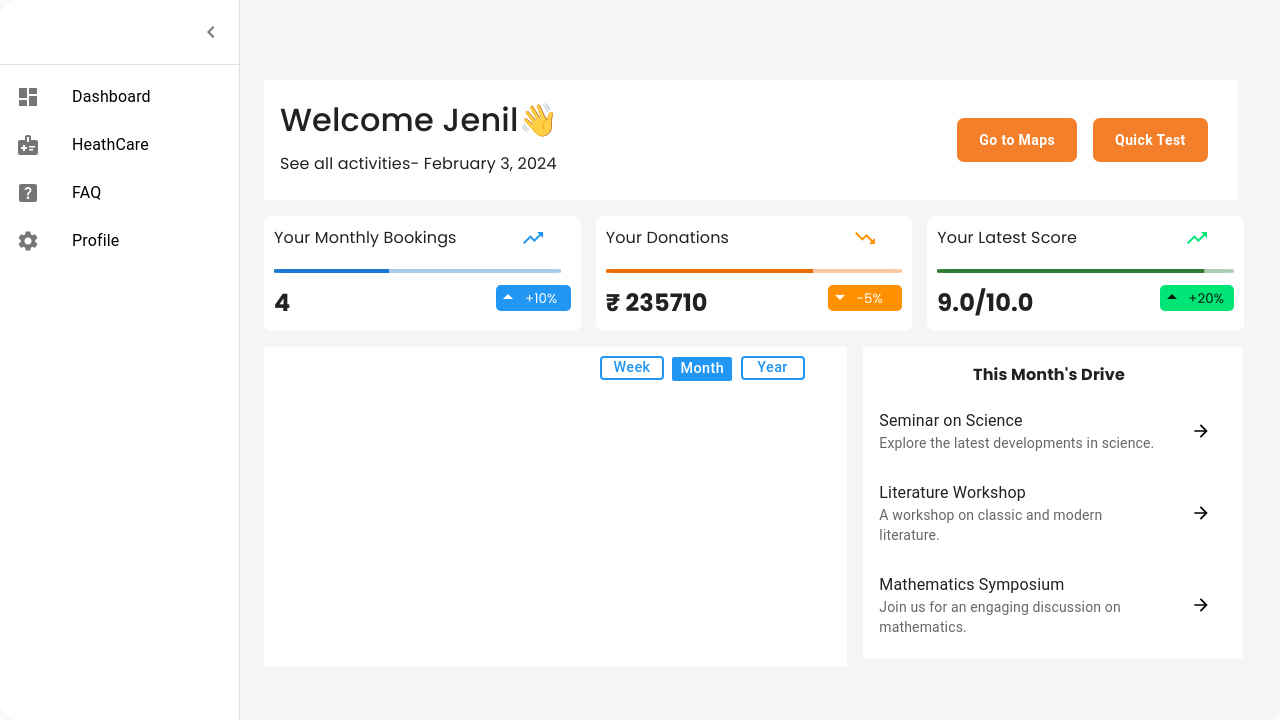
Repository: shubhampirate/Google_Solutions_Edural
Page: /dashboard
These files come from the project's save history. The page is drawn as it stood at one moment and after the next save; the edit follows.
The browser window is 1280 px wide. The pictures show the whole page.
The page's requests for data from a server got no answer. The project was rebuilt for these pictures with package versions that can differ from the ones it lists, and the page was loaded fresh each time. Some packages were replaced by stand-ins written for this rebuild. No one was signed in, and anything a server would have sent is missing. Also part of the build but not shown: src/Components/Navbar.jsx, src/Components/Footer.jsx, src/Components/CongratsCard.jsx, src/pages/Hero/Hero.jsx, src/pages/Sign_in.jsx.

Above is the page before, as saved 2024-02-03 18:19:21.

### src/index.js
import React from "react";
import ReactDOM from "react-dom/client";
import "./index.css";
import { GoogleOAuthProvider } from '@react-oauth/google';
import App from "./App";
import { BrowserRouter } from "react-router-dom";
const root = ReactDOM.createRoot(
    document.getElementById("root"));
root.render(
    <BrowserRouter>
<GoogleOAuthProvider clientId="730379698185-cv7a59sok9sod43v04ee6g6pt4gtaea2.apps.googleusercontent.com">
        {/* <React.StrictMode> */}
            <App />
        {/* </React.StrictMode> */}
    </GoogleOAuthProvider>
    </BrowserRouter>

);

### src/App.jsx
import Hero from "./pages/Hero/Hero";
import Dashboard from "./pages/Dashboard/Dashboard";
import SignIn from "./pages/Sign_in";
import {useState} from "react";
import { Route, Routes } from "react-router-dom";
function App() {
  return (
    <>
      {/* <Hero />   */}
      {/* <SignIn /> */}
      <Routes>
        <Route path="/signin" element={<><SignIn /></>} />
        <Route path="/dashboard" element={<><Dashboard /></>} />
        {/* <Route path="/education" element={<><Education /></>} /> */}
        {/* <Route path="/health" element={<><Health /></>} /> */}
        {/* <Route path="/profile" element={<><Profile /></>} /> */}
        {/* <Route path="/finance" element={<><Finance /></>} /> */}
        {/* <Route path="/questions" element={<><Questions /></>} /> */}
        {/* <Route path="/retireaibot" element={<><Bot /></>} /> */}
        <Route path="/" element={<><Hero /></>} />
      </Routes>
         </>
  );
}

export default App;

### src/pages/Dashboard/Dashboard.jsx
    import * as React from 'react';
    import { styled, createTheme, ThemeProvider } from '@mui/material/styles';
    import CssBaseline from '@mui/material/CssBaseline';
    import MuiDrawer from '@mui/material/Drawer';
    import Box from '@mui/material/Box';
    import MuiAppBar from '@mui/material/AppBar';
    import Toolbar from '@mui/material/Toolbar';
    import {
    LinearProgress, ListItem, CircularProgress, Checkbox, ListItemText, Dialog, DialogActions, DialogContent,
    DialogContentText, DialogTitle, ListItemIcon, ListItemButton
    } from '@mui/material';
    import TrendingUpIcon from '@mui/icons-material/TrendingUp';
    // import { PieChart } from '@mui/x-charts/PieChart';
    // import { useDrawingArea } from '@mui/x-charts/hooks';
    import TrendingDownIcon from '@mui/icons-material/TrendingDown';
    import List from '@mui/material/List';
    import Divider from '@mui/material/Divider';
    import IconButton from '@mui/material/IconButton';
    import ArrowDropUpIcon from '@mui/icons-material/ArrowDropUp';
    import ArrowDropDownIcon from '@mui/icons-material/ArrowDropDown';
    import Grid from '@mui/material/Grid';
    import MenuIcon from '@mui/icons-material/Menu';
    import ChevronLeftIcon from '@mui/icons-material/ChevronLeft';
    import { mainListItems } from '../../Components/listItems';
    import axios from 'axios';
    import Button from '@mui/material/Button';
    import CommentIcon from '@mui/icons-material/Comment';
    import Swal from 'sweetalert2';
    import { useState } from 'react';
    import { useEffect } from 'react';
    import CustomButton from "../../Components/CustomButton";
    import ArrowForwardIcon from '@mui/icons-material/ArrowForward';
    // import { Bar } from "react-chartjs-2";
    // import { BarElement, CategoryScale, Chart as ChartJS, Legend, LinearScale, Title, Tooltip } from "chart.js";
    // import GoogleTranslateComponent from '../../Components/GoogleTranslateComponent';
    // import csacc from "../../media/csacc.png"
    // import creditscoremodel from "../../media/creditscoremodel.png"
    // import creditflow from "../../media/creditflowchart.png"
    // ChartJS.register(CategoryScale, LinearScale, BarElement, Title, Tooltip, Legend);

    const drawerWidth = 240;

    const AppBar = styled(MuiAppBar, {
    shouldForwardProp: (prop) => prop !== 'open',
    })(({ theme, open }) => ({
    zIndex: theme.zIndex.drawer + 1,
    transition: theme.transitions.create(['width', 'margin'], {
        easing: theme.transitions.easing.sharp,
        duration: theme.transitions.duration.leavingScreen,
    }),
    ...(open && {
        marginLeft: drawerWidth,
        width: `calc(100% - ${drawerWidth}px)`,
        transition: theme.transitions.create(['width', 'margin'], {
        easing: theme.transitions.easing.sharp,
        duration: theme.transitions.duration.enteringScreen,
        }),
    }),
    }));

    const Drawer = styled(MuiDrawer, { shouldForwardProp: (prop) => prop !== 'open' })(
    ({ theme, open }) => ({
        '& .MuiDrawer-paper': {
        position: 'relative',
        whiteSpace: 'nowrap',
        width: drawerWidth,
        transition: theme.transitions.create('width', {
            easing: theme.transitions.easing.sharp,
            duration: theme.transitions.duration.enteringScreen,
        }),
        boxSizing: 'border-box',
        ...(!open && {
            overflowX: 'hidden',
            transition: theme.transitions.create('width', {
            easing: theme.transitions.easing.sharp,
            duration: theme.transitions.duration.leavingScreen,
            }),
            width: theme.spacing(7),
            [theme.breakpoints.up('sm')]: {
            width: theme.spacing(9),
            },
        }),
        },
    }),
    );
    const educationEvents = [
        { id: 1, name: 'Seminar on Science', description: 'Explore the latest developments in science.' },
        { id: 2, name: 'Literature Workshop', description: 'A workshop on classic and modern literature.' },
        { id: 3, name: 'Mathematics Symposium', description: 'Join us for an engaging discussion on mathematics.' },
      ];
    var currentDate = new Date();

    var months = [
    "January", "February", "March", "April", "May", "June",
    "July", "August", "September", "October", "November", "December"
    ];

    var formattedDate = months[currentDate.getMonth()] + " " + currentDate.getDate() + ", " + currentDate.getFullYear();

    const defaultTheme = createTheme();

    export default function Dashboard() {
    const [open, setOpen] = React.useState(true);
    const toggleDrawer = () => {
        setOpen(!open);
    };

    const [expensedata, setExpensedata] = useState([])

    useEffect(() => {
        loadList();
    }, []);


    const loadList = async () => {
        const result = await axios.get(`https://wixstocle.pythonanywhere.com/api/expense/`, {
        headers: { "Authorization": `Token 11c868750d92deda81638c5a9a59177bdc7ae41a` },
        });
        console.log(result.data.data);
        setExpensedata(result.data.data);
    }

    const getLabels = () => expensedata.slice(-5).map(data => data.date);

    const getData = (key) => expensedata.slice(-5).map(data => data[key]);

    const optionsexpense = {
        indexAxis: 'x',
        elements: {
        bar: {
            borderWidth: 0,
        },
        },
        responsive: true,
        interaction: {
        mode: 'index',
        intersect: false,
        },
        scales: {
        x: {
            stacked: false,
        },
        y: {
            stacked: false,
        },
        },
        plugins: {
        legend: {
            position: 'top',
        }
        },
    };

    const dataexpense = {
        labels: getLabels(),
        datasets: [
        {
            label: 'Revenue',
            data: getData('income'),
            backgroundColor: '#2196f3',
        },
        {
            label: 'Spendings',
            data: getData('expense'),
            backgroundColor: '#ff9100',
        },
        {
            label: 'Savings',
            data: getData('savings'),
            backgroundColor: '#00e676',
        },
        ],
    };

    const today = new Date();
    const year = today.getFullYear();
    const month = String(today.getMonth() + 1).padStart(2, '0'); // Months are zero-based
    const day = String(today.getDate()).padStart(2, '0');

    const todayDate = `${year}-${month}-${day}`;

    const [userData, setUserData] = React.useState({
        income: '',
        savings: '',
        expense: '',
        date: todayDate,
        user: "tony@gmail.com"
    });

    const handleChangePlan = (field, value) => {
        setUserData((prevData) => ({ ...prevData, [field]: value }));
    };
    const creditscore = 87.4;

    const handlePostData = () => {
        console.log(userData);
        fetch(`https://wixstocle.pythonanywhere.com/api/expense/`, {
        method: 'POST',
        headers: {
            "Authorization": `Token 11c868750d92deda81638c5a9a59177bdc7ae41a`,
            'Content-Type': 'application/json',
        },
        body: JSON.stringify(userData),
        })
        .then((response) => response.json())
        .then((data) => {
            // console.log(data);
            if (data.status == true) {
            Swal.fire({
                icon: 'success',
                title: 'Successfully Saved the details',
                showConfirmButton: false,
                timer: 3000
            })
            setExpensedata([...expensedata, userData]);
            }
            else {
            Swal.fire({
                icon: 'error',
                title: data.message,
                showConfirmButton: false,
                timer: 3000
            })
            }
        });
    };

    const [checked, setChecked] = React.useState([1]);

    const handleToggle = (value) => () => {
        const currentIndex = checked.indexOf(value);
        const newChecked = [...checked];

        if (currentIndex === -1) {
        newChecked.push(value);
        } else {
        newChecked.splice(currentIndex, 1);
        }

        setChecked(newChecked);
    };
    return (
        <ThemeProvider theme={defaultTheme}>
        <Box sx={{ display: 'flex', borderRadius: '16px', overflow: 'hidden', boxShadow: '0px 0px 10px rgba(0, 0, 0, 0.1)' }} >
            <CssBaseline />
            <AppBar position="absolute" open={open} sx={{ backgroundColor: "whitesmoke", boxShadow: 'none' }}>
            <Toolbar
                sx={{
                pr: '24px', // keep right padding when drawer closed
                display: 'flex',
                alignItems: 'center',
                justifyContent: 'space-between',
                }}>
                <Box sx={{ display: 'flex', alignItems: 'center' }}>
                <IconButton
                    edge="start"
                    aria-label="open drawer"
                    onClick={toggleDrawer}
                    sx={{
                    marginRight: '36px',
                    ...(open && { display: 'none' }),
                    backgroundColor: "#fff"
                    }}>
                    <MenuIcon />
                </IconButton>
                </Box>
            </Toolbar>
            </AppBar>
            <Drawer variant="permanent" open={open}>
            <Toolbar
                sx={{
                display: 'flex',
                alignItems: 'center',
                justifyContent: 'flex-end',
                px: [1],
                }}
            >
                {/* <GoogleTranslateComponent /> */}
                <IconButton onClick={toggleDrawer}>
                <ChevronLeftIcon />
                </IconButton>
            </Toolbar>
            <Divider />
            <List component="nav">
                {mainListItems}
            </List>
            </Drawer>
            <Box
            component="main"
            sx={{
                backgroundColor: (theme) =>
                theme.palette.mode === 'light'
                    ? theme.palette.grey[100]
                    : theme.palette.grey[900],
                flexGrow: 1,
                height: '100vh',
                overflow: 'auto',
            }}>
            <Toolbar />

            <div>
        <Grid container spacing={2} marginTop="1rem" paddingLeft={5}>
            <Grid item xs={12} sm={8}  style={{ backgroundColor: "white",paddingBottom: "1.5rem" }} >
            <div style={{ fontSize: '2rem', fontWeight: '500', paddingBottom: "0.5rem" }}>Welcome Jenil👋</div>
            <div>See all activities- {formattedDate}</div>
            </Grid>
            <Grid item xs={12} sm={3.5}  display="flex" justifyContent="flex-center" alignItems="center" style={{ backgroundColor: "white", paddingBottom: "1rem"}}>
            <Box
        sx={{
          display: "flex",
          alignItems: "center",
          justifyContent: "center",
          gap: "1rem",
        }}
      >
        <CustomButton
          backgroundColor="#F47F2A"
          color="#fff"
          buttonText="Go to Maps"

        />
        <CustomButton
          backgroundColor="#F47F2A"
          color="#fff"
          buttonText="Quick Test"

        />
      </Box>
            </Grid>
        </Grid>
        </div>

            <Grid container spacing={2} marginTop="1rem" paddingLeft={5} paddingRight={2}>
                <Grid item xs={12} md={3.8} style={{ backgroundColor: "white", padding: "10px", marginRight: "15px", borderRadius: "0.5rem" }}>
                <Grid item xs={12}>
                    <Grid container>
                    <Grid item xs={10}><div>Your Monthly Bookings</div></Grid>
                    <Grid item xs={2}><TrendingUpIcon sx={{ color: "#2196f3" }} /></Grid>
                    </Grid>
                    <Grid item xs={12}>
                    <LinearProgress variant="determinate" value={40} sx={{ color: "#2196f3", borderRadius: "10%", margin: "12px 10px 12px 0px" }} />
                    </Grid>
                    <Grid item xs={12}>
                    <Grid container>
                        <Grid item xs={9}>
                        <div style={{ fontSize: "1.5rem", fontWeight: "550" }}> 4</div>
                        </Grid>
                        <Grid item xs={3} style={{ backgroundColor: "#2196f3", color: "white", borderRadius: "5px", height: "1.65rem" }}>
                        <ArrowDropUpIcon /> <sup>+10%</sup>
                        </Grid>
                    </Grid>
                    </Grid>
                </Grid>
                </Grid>
                <Grid item xs={12} md={3.8} style={{ backgroundColor: "white", padding: "10px", marginRight: "15px", borderRadius: "0.5rem" }}>
                <Grid item xs={12}>
                    <Grid container>
                    <Grid item xs={10}><div>Your Donations</div></Grid>
                    <Grid item xs={2}><TrendingDownIcon sx={{ color: "#ff9100" }} /></Grid>
                    </Grid>
                    <Grid item xs={12}>
                    <LinearProgress variant="determinate" value={70} color='warning' sx={{ borderRadius: "10%", margin: "12px 0px" }} />
                    </Grid>
                    <Grid item xs={12}>
                    <Grid container>
                        <Grid item xs={9}>
                    <div style={{ fontSize: "1.5rem", fontWeight: "550" }}>₹ 235710</div>
                        </Grid>
                        <Grid item xs={3} style={{ backgroundColor: "#ff9100", color: "white", borderRadius: "5px", height: "1.65rem" }}>
                        <ArrowDropDownIcon /> <sup>-5%</sup>
                        </Grid>
                    </Grid>
                    </Grid>
                </Grid>
                </Grid>
                <Grid item xs={12} md={3.8} style={{ backgroundColor: "white", padding: "10px", marginRight: "15px", borderRadius: "0.5rem" }}>
                <Grid item xs={12}>
                    <Grid container>
                    <Grid item xs={10}><div>Your Latest Score</div></Grid>
                    <Grid item xs={2}><TrendingUpIcon sx={{ color: "#00e676" }} /></Grid>
                    </Grid>
                    <Grid item xs={12}>
                    <LinearProgress variant="determinate" value={90} color="success" style={{ borderRadius: "10%", margin: "12px 0px" }} />
                    </Grid>
                    <Grid item xs={12}>
                    <Grid container>
                        <Grid item xs={9}>
    <div style={{ fontSize: "1.5rem", fontWeight: "550" }}> 9.0/10.0</div>
                        </Grid>
                        <Grid item xs={3} style={{ backgroundColor: "#00e676", borderRadius: "5px", height: "1.65rem" }}>
                        <ArrowDropUpIcon /> <sup>+20%</sup>
                        </Grid>
                    </Grid>
                    </Grid>
                </Grid>
                </Grid>

            </Grid>
            <Grid container spacing={2} marginTop="1rem" paddingLeft={5} paddingRight={2} marginBottom={2}>
                <Grid item xs={7} sx={{ backgroundColor: "white", padding: "5px", marginRight: "1rem" }}>
                <Grid container spacing={2} padding={1}>
                    <Grid xs={7}></Grid>
                    <Grid xs={1.5}><Button style={{
                    borderColor: "#2196f3", color: "#2196f3", height: "1.5rem", textTransform: "capitalize",
                    fontSize: "0.9rem", border: "2px solid", textAlign: "left"
                    }}>Week</Button></Grid>
                    <Grid xs={1.5}><Button style={{
                    backgroundColor: "#2196f3", color: "white", height: "1.75rem", textTransform: "capitalize",
                    fontSize: "0.9rem", border: "2px solid", textAlign: "left"
                    }}>Month</Button></Grid>
                    <Grid xs={1}><Button style={{
                    borderColor: "#2196f3", color: "#2196f3", height: "1.5rem", textTransform: "capitalize",
                    fontSize: "0.9rem", border: "2px solid", textAlign: "left"
                    }}>Year</Button></Grid>
                    <Grid xs={12} marginTop={2}>
                    {/* <Bar options={optionsexpense} data={dataexpense} /> */}
                    </Grid>
                </Grid>
                </Grid>
                <Grid item xs={4.75} >
                <Grid container spacing={2} >

                    <Grid item xs={11.5}>
                    <Grid container spacing={2} sx={{ backgroundColor: "white", marginBottom: "0.5rem" }}>
                        <Grid item xs={12} style={{ textAlign: "center", marginLeft: "-0.75rem", fontWeight: "600" }}>This Month's Drive</Grid>
                        <List sx={{ width: '100%', bgcolor: 'background.paper' }}>
      {educationEvents.map((event) => (
        <ListItem key={event.id} disablePadding>
          <ListItemButton role={undefined}>
            <ListItemText primary={event.name} secondary={event.description} />
            <Button endIcon={<ArrowForwardIcon sx={{ color: 'black' }}/>} color="primary">
              {/* View More */}
            </Button>
          </ListItemButton>
        </ListItem>
      ))}
    </List>
                    </Grid>
                    </Grid>
                </Grid>
                </Grid>
            </Grid>

            </Box>
        </Box >
        </ThemeProvider >
    );
    }

### src/Components/CustomButton.jsx
import { Button, styled } from "@mui/material";
import React from "react";

const CustomButton = ({
  backgroundColor,
  color,
  buttonText,
  heroBtn,
  guideBtn,
  getStartedBtn,
}) => {
  const CustomButton = styled(Button)(({ theme }) => ({
    backgroundColor: backgroundColor,
    color: color,
    fontWeight: "700",
    fontSize: "14px",
    cursor: "pointer",
    padding: "0.5rem 1.25rem",
    borderRadius: "7px",
    textTransform: "none",
    display: "block",
    border: "2px solid transparent",
    "&:hover": {
      backgroundColor: color,
      color: backgroundColor,
      borderColor: backgroundColor,
    },
    [theme.breakpoints.down("md")]: {
      margin: (heroBtn || getStartedBtn) && theme.spacing(0, "auto", 3, "auto"),
      width: (heroBtn || getStartedBtn) && "90%",
    },
    [theme.breakpoints.down("sm")]: {
      marginTop: guideBtn && theme.spacing(3),
      width: guideBtn && "90%",
    },
  }));

  return <CustomButton>{buttonText}</CustomButton>;
};

export default CustomButton;

### src/Components/listItems.jsx
import * as React from 'react';
import ListItemButton from '@mui/material/ListItemButton';
import ListItemIcon from '@mui/material/ListItemIcon';
import ListItemText from '@mui/material/ListItemText';
import DashboardIcon from '@mui/icons-material/Dashboard';
import MedicalInformationIcon from '@mui/icons-material/MedicalInformation';
import SavingsIcon from '@mui/icons-material/Savings';
import SchoolIcon from '@mui/icons-material/School';
import HelpCenterIcon from '@mui/icons-material/HelpCenter';
import SettingsIcon from '@mui/icons-material/Settings';
import SmartToyIcon from '@mui/icons-material/SmartToy';
import { Link } from 'react-router-dom';
// import GoogleTranslateComponent from './GoogleTranslateComponent';


export const mainListItems = (
  <>
    <React.Fragment>
      <Link to="/dashboard" style={{ textDecoration: "none", color: "black" }}>
        <ListItemButton>
          <ListItemIcon>
            <DashboardIcon />
          </ListItemIcon>
          <ListItemText primary="Dashboard" />
        </ListItemButton>
      </Link>
      <Link to="/health" style={{ textDecoration: "none", color: "black" }}>
        <ListItemButton>
          <ListItemIcon>
            <MedicalInformationIcon />
          </ListItemIcon>
          <ListItemText primary="HeathCare" />
        </ListItemButton>
      </Link>
      {/* <Link to="/finance" style={{ textDecoration: "none", color: "black" }}>
        <ListItemButton>
          <ListItemIcon>
            <SavingsIcon />
          </ListItemIcon>
          <ListItemText primary="Finance Planning" />
        </ListItemButton>
      </Link> */}
      {/* <Link to="/education" style={{ textDecoration: "none", color: "black" }}>
        <ListItemButton>
          <ListItemIcon>
            <SchoolIcon />
          </ListItemIcon>
          <ListItemText primary="Educational Service" />
        </ListItemButton>
      </Link> */}
      <Link to="/questions" style={{ textDecoration: "none", color: "black" }}>
        <ListItemButton>
          <ListItemIcon>
            <HelpCenterIcon />
          </ListItemIcon>
          <ListItemText primary="FAQ" />
        </ListItemButton>
      </Link>
      <Link to="/profile" style={{ textDecoration: "none", color: "black" }}>
        <ListItemButton>
          <ListItemIcon>
            <SettingsIcon />
          </ListItemIcon>
          <ListItemText primary="Profile" />
        </ListItemButton>
      </Link>
      {/* <Link to="/retireaibot" style={{ textDecoration: "none", color: "black" }}>
        <ListItemButton>
          <ListItemIcon>
            <SmartToyIcon />
          </ListItemIcon>
          <ListItemText primary="Retire AI Bot" />
        </ListItemButton>
      </Link> */}
    </React.Fragment >
  </>
);

// export const secondaryListItems = (
//   <React.Fragment>
//     <ListSubheader component="div" inset>
//       Saved reports
//     </ListSubheader>
//     <ListItemButton>
//       <ListItemIcon>
//         <AssignmentIcon />
//       </ListItemIcon>
//       <ListItemText primary="Current month" />
//     </ListItemButton>
//     <ListItemButton>
//       <ListItemIcon>
//         <AssignmentIcon />
//       </ListItemIcon>
//       <ListItemText primary="Last quarter" />
//     </ListItemButton>
//     <ListItemButton>
//       <ListItemIcon>
//         <AssignmentIcon />
//       </ListItemIcon>
//       <ListItemText primary="Year-end sale" />
//     </ListItemButton>
//   </React.Fragment>
// );

Loaded but not shown: public/index.html (common file); src/index.css (common file)

After the next save:
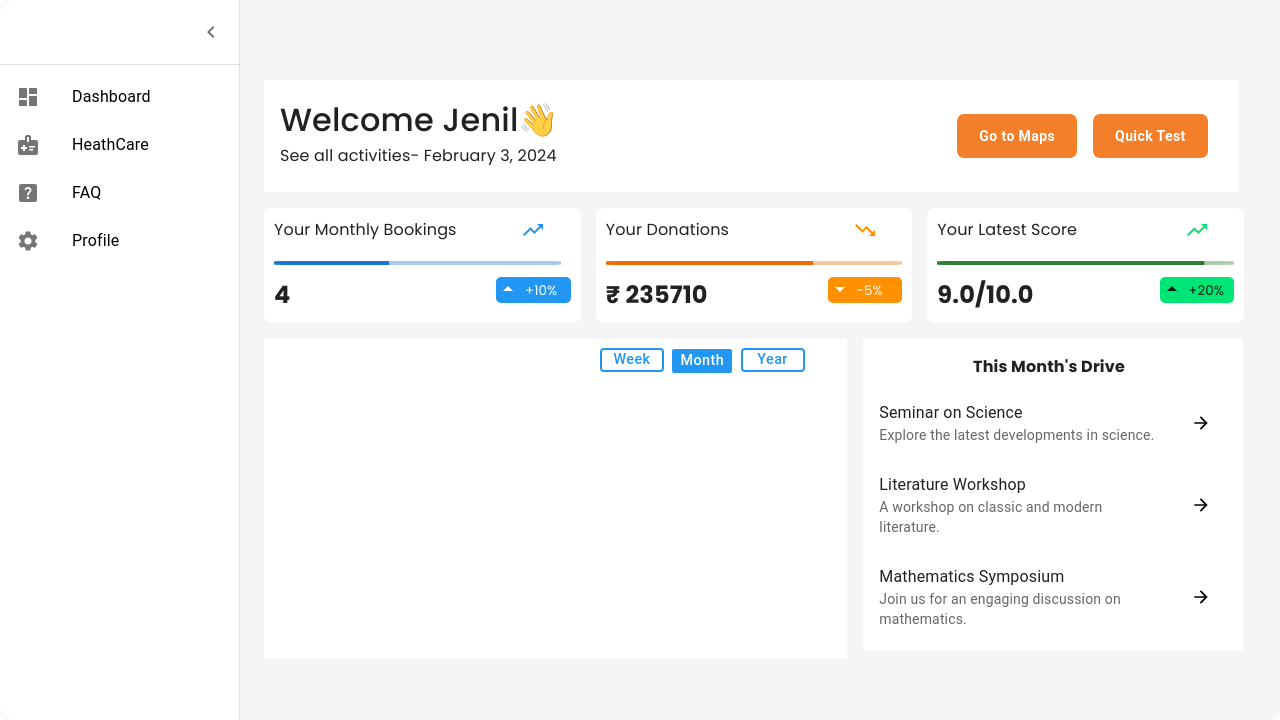
Saved 10 s later.
--- a/src/pages/Dashboard/Dashboard.jsx
+++ b/src/pages/Dashboard/Dashboard.jsx
@@ -301,7 +301,7 @@
             <div>
         <Grid container spacing={2} marginTop="1rem" paddingLeft={5}>
             <Grid item xs={12} sm={8}  style={{ backgroundColor: "white",paddingBottom: "1.5rem" }} >
-            <div style={{ fontSize: '2rem', fontWeight: '500', paddingBottom: "0.5rem" }}>Welcome Jenil👋</div>
+            <div style={{ fontSize: '2rem', fontWeight: '500'}}>Welcome Jenil👋</div>
             <div>See all activities- {formattedDate}</div>
             </Grid>
             <Grid item xs={12} sm={3.5}  display="flex" justifyContent="flex-center" alignItems="center" style={{ backgroundColor: "white", paddingBottom: "1rem"}}>
